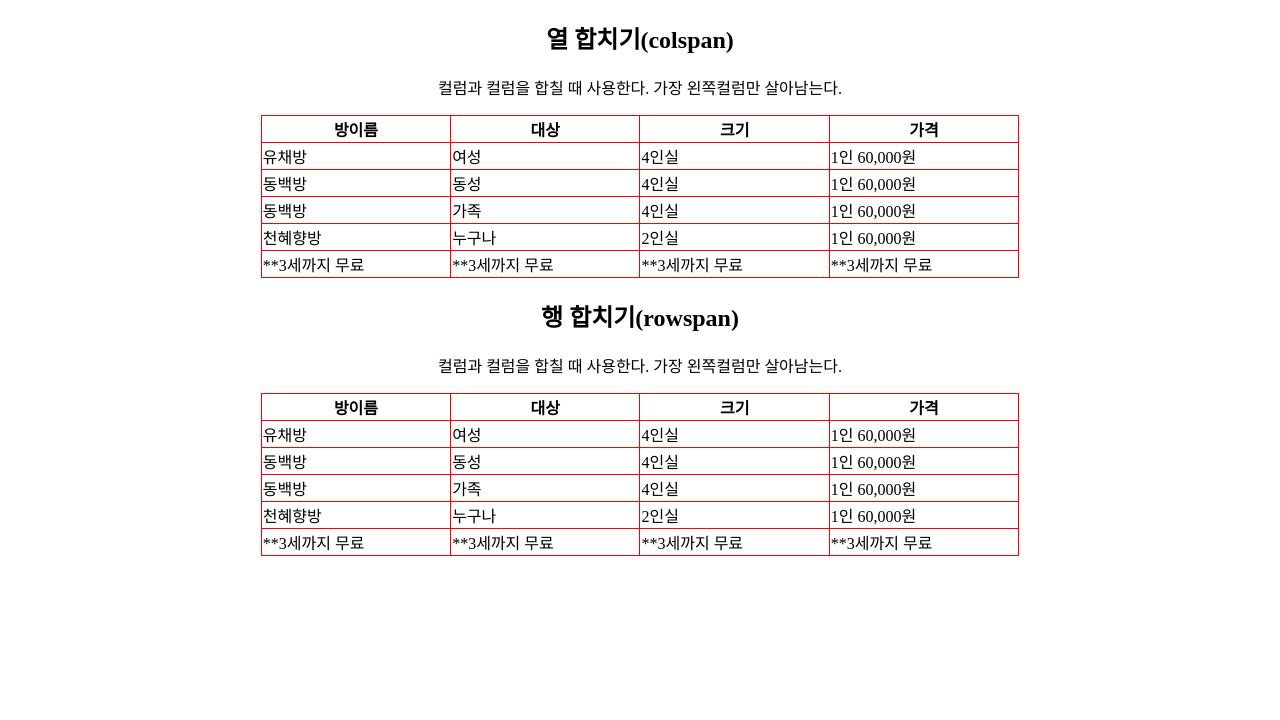
Repository: claddds/2023_webstudy
Page: 01_html/src/main/webapp/day03/ex01_table_span.html
These files come from the project's save history. The page is drawn as it stood at one moment and after the next save; the edit follows.
The browser window is 1280 px wide. The pictures show the whole page.

Above is the page before, as saved 2023-06-21 00:58:45.

### 01_html/src/main/webapp/day03/ex01_table_span.html
<!DOCTYPE html>
<html>
<head>
<meta charset="UTF-8">
<title>table_span</title>
<style type="text/css">
	h2,p{
		text-align: center;
	}
	table{
		width:60%;
		margin:auto;
	}
	table,th,td{
		border: 1px solid red;
		border-collapse: collapse;
	}
</style>
</head>
<body>
	<!--
		열합치기(좌우): colspan = "합쳐질 숫자"
		가장 왼쪽만 살아 남아서 합치기를 한다.
		행합치기(상하): rowspan = "합쳐질 숫자"
		가장 위쪽만 살아 남아서 합치기를 한다.
	-->
	<h2>열 합치기(colspan)</h2>
	<p>컬럼과 컬럼을 합칠 때 사용한다. 가장 왼쪽컬럼만 살아남는다.</p>
	<table>
		<thead>
			<tr><th>방이름</th><th>대상</th><th>크기</th><th>가격</th></tr>
		</thead>
		<tbody>
			<tr>
				<td>유채방</td><td>여성</td><td>4인실</td><td>1인 60,000원</td>
			</tr>
			<tr>
				<td>동백방</td><td>동성</td><td>4인실</td><td>1인 60,000원</td>
			</tr>
			<tr>
				<td>동백방</td><td>가족</td><td>4인실</td><td>1인 60,000원</td>
			</tr>
			<tr>
				<td>천혜향방</td><td>누구나</td><td>2인실</td><td>1인 60,000원</td>
			</tr>
		</tbody>
		<tfoot>
			<tr>
				<td>**3세까지 무료</td><td>**3세까지 무료</td><td>**3세까지 무료</td><td>**3세까지 무료</td>
			</tr>
		</tfoot>
	</table>

	<h2>행 합치기(rowspan)</h2>
	<p>컬럼과 컬럼을 합칠 때 사용한다. 가장 왼쪽컬럼만 살아남는다.</p>
	<table>
		<thead>
			<tr><th>방이름</th><th>대상</th><th>크기</th><th>가격</th></tr>
		</thead>
		<tbody>
			<tr>
				<td>유채방</td><td>여성</td><td>4인실</td><td>1인 60,000원</td>
			</tr>
			<tr>
				<td>동백방</td><td>동성</td><td>4인실</td><td>1인 60,000원</td>
			</tr>
			<tr>
				<td>동백방</td><td>가족</td><td>4인실</td><td>1인 60,000원</td>
			</tr>
			<tr>
				<td>천혜향방</td><td>누구나</td><td>2인실</td><td>1인 60,000원</td>
			</tr>
		</tbody>
		<tfoot>
			<tr>
				<td>**3세까지 무료</td><td>**3세까지 무료</td><td>**3세까지 무료</td><td>**3세까지 무료</td>
			</tr>
		</tfoot>
	</table>
</body>
</html>

After the next save:
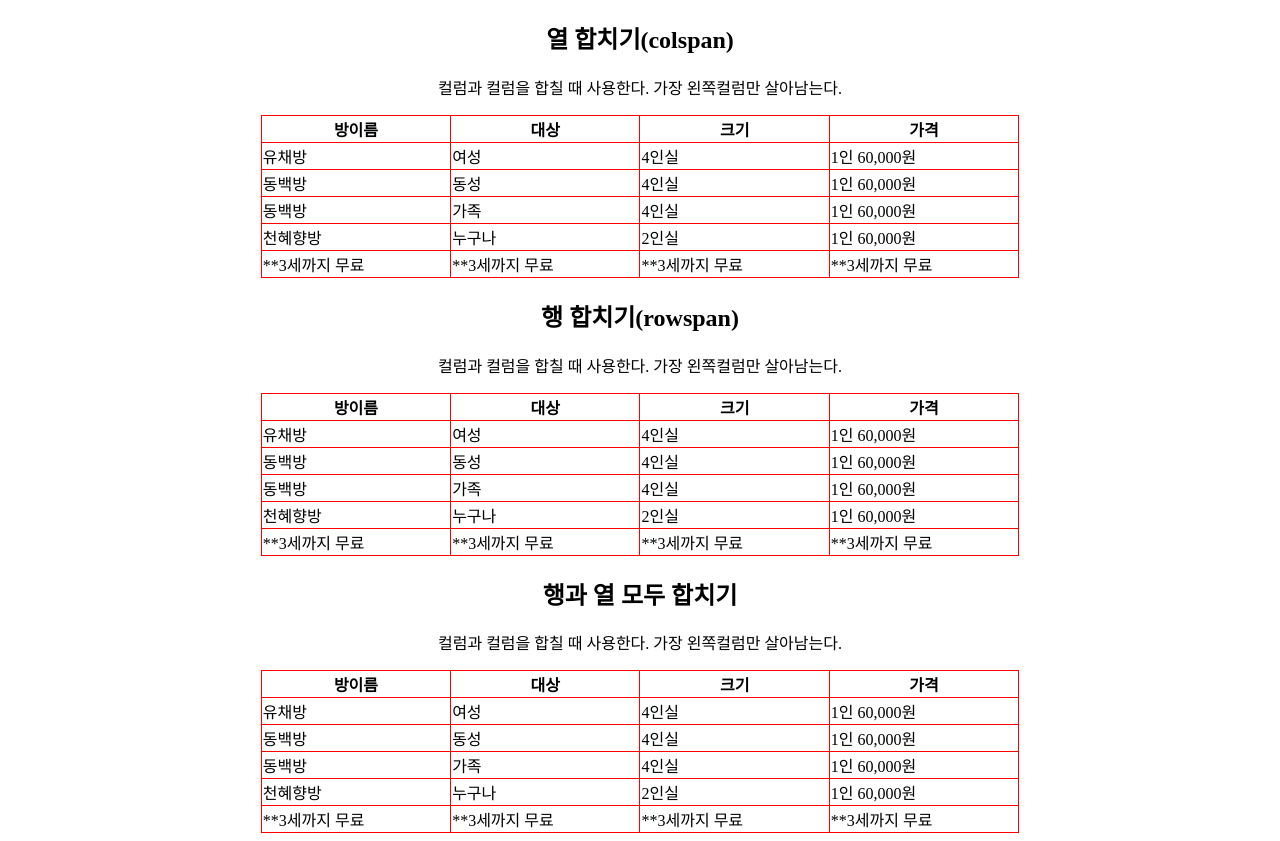
Saved 2 min 58 s later.
--- a/01_html/src/main/webapp/day03/ex01_table_span.html
+++ b/01_html/src/main/webapp/day03/ex01_table_span.html
@@ -77,5 +77,32 @@
 			</tr>
 		</tfoot>
 	</table>
+
+	<h2>행과 열 모두 합치기</h2>
+	<p>컬럼과 컬럼을 합칠 때 사용한다. 가장 왼쪽컬럼만 살아남는다.</p>
+	<table>
+		<thead>
+			<tr><th>방이름</th><th>대상</th><th>크기</th><th>가격</th></tr>
+		</thead>
+		<tbody>
+			<tr>
+				<td>유채방</td><td>여성</td><td>4인실</td><td>1인 60,000원</td>
+			</tr>
+			<tr>
+				<td>동백방</td><td>동성</td><td>4인실</td><td>1인 60,000원</td>
+			</tr>
+			<tr>
+				<td>동백방</td><td>가족</td><td>4인실</td><td>1인 60,000원</td>
+			</tr>
+			<tr>
+				<td>천혜향방</td><td>누구나</td><td>2인실</td><td>1인 60,000원</td>
+			</tr>
+		</tbody>
+		<tfoot>
+			<tr>
+				<td>**3세까지 무료</td><td>**3세까지 무료</td><td>**3세까지 무료</td><td>**3세까지 무료</td>
+			</tr>
+		</tfoot>
+	</table>
 </body>
 </html>
